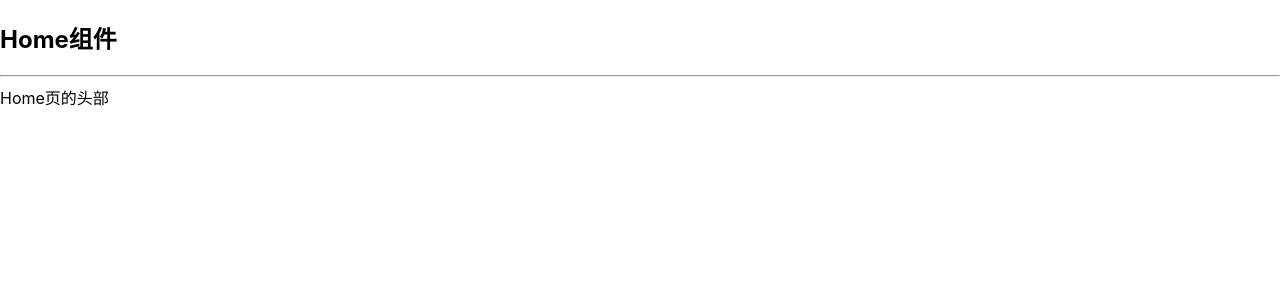
Repository: zhenzhen-gong/react-learning
Page: /
An editor plug-in stored every save of this project. The page is shown before and after the next save, followed by the edit.
The browser window is 1280 px wide. The pictures show the whole page.
The project was rebuilt for these pictures with package versions that can differ from the ones it lists, and the page was loaded fresh each time.

Above is the page before, as saved 2021-04-16 23:44:20.

### src/index.js
import React from 'react';
import ReactDOM from 'react-dom';
import './index.css';
import PassValue from './component/passValue/home';
import reportWebVitals from './reportWebVitals';

ReactDOM.render(
    <PassValue />,
  document.getElementById('root')
);

// If you want to start measuring performance in your app, pass a function
// to log results (for example: reportWebVitals(console.log))
// or send to an analytics endpoint. Learn more: https://bit.ly/CRA-vitals
reportWebVitals();

### src/component/passValue/home.js
import React, {Component} from 'react'
import Header from './header'


class Home extends Component {
    constructor(props) {
        super(props)
        this.state = {
            msg: "Home组件",
            title: 'Home'
        }
    }

    render() {
        return (
            <div>
                <h2>{this.state.msg}</h2>
                <hr />
                <Header title={this.state.title} />
            </div>
        )
    }
}

export default Home

### src/component/passValue/header.js
import React, {Component} from 'react'

class Header extends Component {
    constructor(props) {
        super(props)
        this.state = {
            msg: ""
        }
    }

    render() {
        return (
            <div>
                {this.props.title}页的头部
            </div>
        )
    }
}

export default Header

Loaded but not shown: public/index.html (common file); src/index.css (common file); src/reportWebVitals.js (common file)

After the next save:
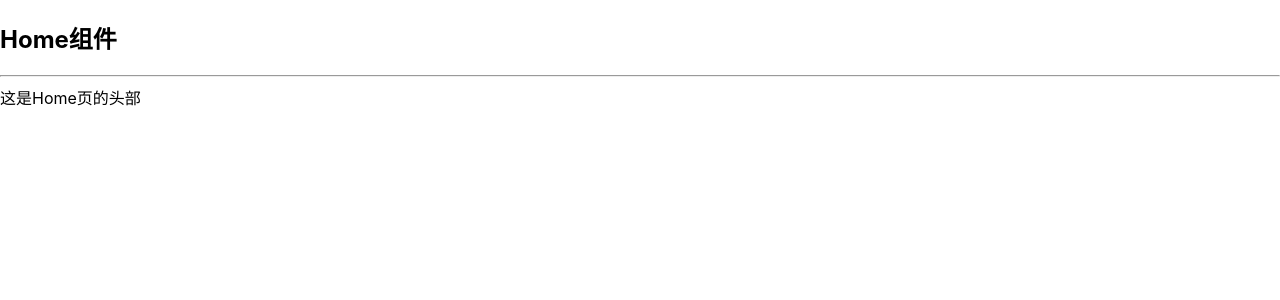
Saved 8 s later.
--- a/src/component/passValue/header.js
+++ b/src/component/passValue/header.js
@@ -11,7 +11,7 @@ class Header extends Component {
     render() {
         return (
             <div>
-                {this.props.title}页的头部
+                这是{this.props.title}页的头部
             </div>
         )
     }
